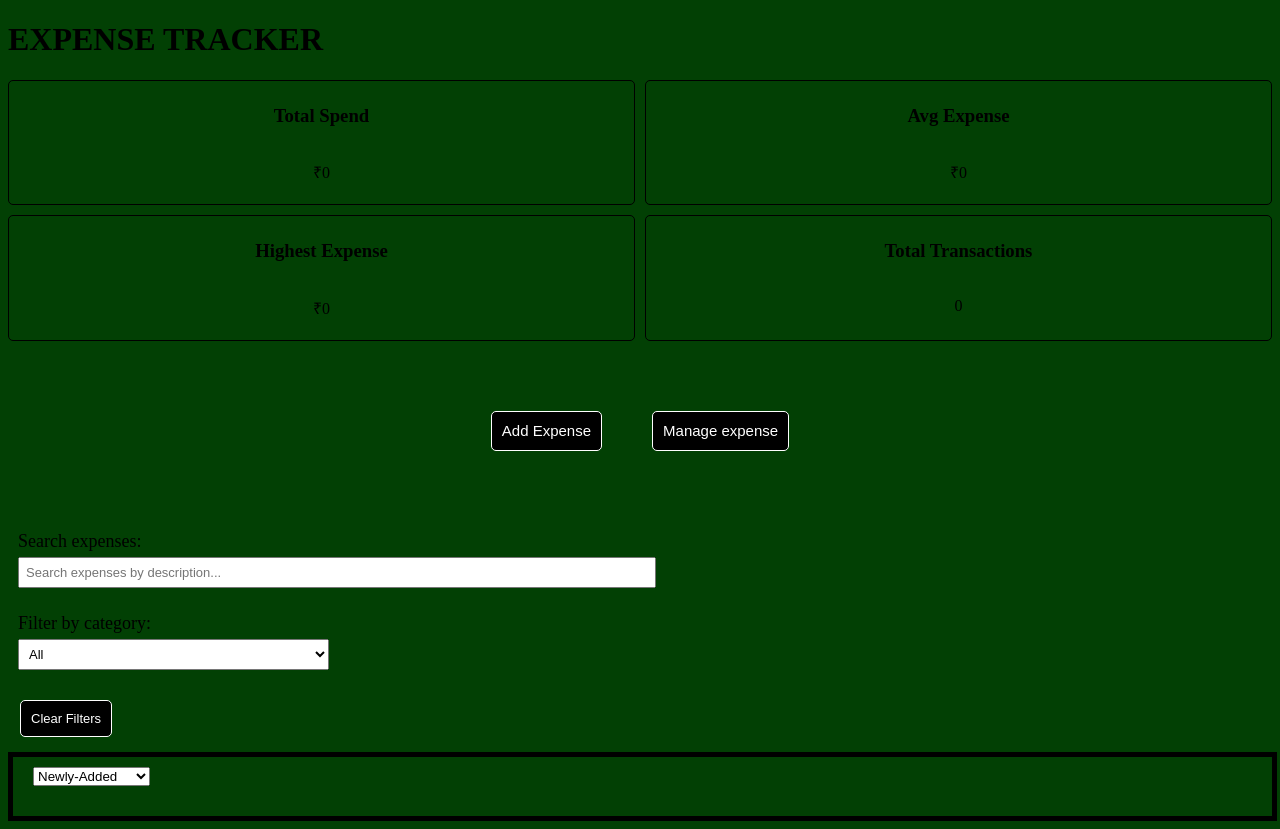
Repository: Gaurav124937/Expense-Tracker
Page: index.html
An editor plug-in stored every save of this project. The page is shown before and after a run of saves, followed by the edit.
The browser window is 1280 px wide. The pictures show the whole page.

Above is the page before, as saved 2026-09-20 20:13:08.

### index.html
<!doctype html>
<html lang="en">
  <head>
    <meta charset="UTF-8" />
    <meta name="viewport" content="width=device-width, initial-scale=1.0" />
    <title>Expense tracker</title>
    <link rel="stylesheet" href="style.css" />
    <script src="script.js" defer></script>
  </head>

  <body>
    <h1>EXPENSE TRACKER</h1>

    <div class="grid">
      <section class="section">
        <h3>Total Spend</h3>
        <p>₹0</p>
      </section>

      <section class="section">
        <h3>Avg Expense</h3>
        <p>₹0</p>
      </section>

      <section class="section">
        <h3>Highest Expense</h3>
        <p>₹0</p>
      </section>

      <section class="section">
        <h3>Total Transactions</h3>
        <p>0</p>
      </section>
    </div>

    <div class="buttons-grid">
      <button class="btn add-expense-button">Add Expense</button>
      <button class="btn manage-expense-button">Manage expense</button>
    </div>

    <div class="filter-container">
      <div class="search-filter-container">
        <label class="filter-form-label" for="expense-search"
          >Search expenses:</label
        >
        <input
          type="text"
          class="expense-search"
          placeholder="Search expenses by description..."
        />
      </div>
      <div class="category-filter-container">
        <label class="filter-form-label" for="category"
          >Filter by category:</label
        >
        <select class="category-filter" name="category">
          <option value="all">All</option>
          <option value="food">Food</option>
          <option value="petrol">Petrol</option>
          <option value="travel">Travel</option>
          <option value="shopping">Shopping</option>
          <option value="transport">Transport</option>
          <option value="other">Other</option>
        </select>
      </div>
      <div>
        <button class="clear-filters">Clear Filters</button>
      </div>
    </div>
    <div class="main-container">
      <div class="expense-card-sort">
        <select class="sort-expenses">
          <option value="latest">Newly-Added</option>
          <option value="newest">Newest First</option>
          <option value="oldest">Oldest First</option>
          <option value="highest">Highest Amount</option>
          <option value="lowest">Lowest Amount</option>
        </select>
      </div>
      <div class="expense-list expense-list-view"></div>
    </div>
    <form method="post" class="expense-form form-hidden">
      <div class="form">
        <p>ADD YOUR DETAILS</p>

        <div class="formating">
          <label for="expense">Enter amount</label>
          <input type="number" id="expense" name="expense" />
        </div>

        <div class="formating">
          <label for="description">Enter description</label>
          <input type="text" id="description" name="description" />
        </div>

        <div class="formating">
          <label for="category">Select category</label>
          <select id="category" name="category">
            <option value="all">All</option>
            <option value="food">Food</option>
            <option value="petrol">Petrol</option>
            <option value="travel">Travel</option>
            <option value="shopping">Shopping</option>
            <option value="transport">Transport</option>
            <option value="other">Other</option>
          </select>
        </div>

        <div class="formating">
          <label for="date">Enter date</label>
          <input type="date" id="date" name="date" />
        </div>

        <div class="formating">
          <button class="save-expense-button" type="submit">
            Save expense
          </button>
        </div>
      </div>
    </form>

    <div class="total-expense"></div>
  </body>
</html>

### style.css
.grid {
  display: grid;
  grid-template-columns: repeat(2, 1fr);
  gap: 10px;
}

.section {
  display: flex;
  flex-direction: column;
  align-items: center;
  border-radius: 5px;
  border-color: black;
  border: 1px solid;
  padding: 5px;
}
.buttons-grid {
  display: flex;
  flex-direction: row;
  padding: 50px;
  gap: 10px;
  justify-content: center;
}
.btn {
  padding: 10px;
  border-radius: 5px;
  border-color: black;
  border: 1px solid;
  margin: 20px;
  font-size: 15px;
  block-size: 40px;
  color: white;
  background-color: black;
}
.form {
  display: flex;
  flex-direction: column;
  padding: 20px;
}
.formating {
  display: flex;
  flex-direction: column;
  padding: 5px;
  width: 75%;
}
.save-expense-button {
  padding: 10px;
  border-radius: 5px;
  border-color: black;
  border: 1px solid;
  margin-top: 20px;
  font-size: 15px;
  block-size: 40px;
  color: white;
  background-color: black;
  width: 45%;
}
.form-hidden {
  display: none;
}

.main-container {
  padding: 10px;
  border: 5px solid;
  gap: 10px;
  width: 98%;
}

.expense-list-view {
  display: flex;
  flex-direction: row;
  padding: 10px;
  gap: 10px;
  overflow-x: auto;
}
.expense-display-card {
  display: flex;
  flex-direction: column;
  padding: 8px;
  border: 3px solid;
  border-radius: 10px;
  width: 200px;
  background-color: rgba(0, 26, 255, 0.585);
  height: 300px;
  flex-shrink: 0;
  box-sizing: border-box;
}

.expense-text-styling {
  font-size: 15px;
  color: white;
  font-weight: bold;
}

.delete-expense-button {
  padding: 5px;
  border-radius: 5px;
  width: 50%;
  border-color: black;
  border: 1px solid;
  margin-top: 20px;
  font-size: 15px;
  block-size: 30px;
  color: white;
  background-color: rgba(255, 0, 0, 0.761);
}

.edit-expense-button {
  padding: 5px;
  border-radius: 5px;
  width: 50%;
  border-color: black;
  border: 1px solid;
  margin-top: 20px;
  font-size: 15px;
  block-size: 30px;
  color: white;
  background-color: rgb(0, 0, 0);
}

.expense-info {
  display: flex;
  flex-direction: column;
  flex: 1;
  min-height: 0;
  overflow: auto;
}
.expense-actions {
  display: flex;
  flex-direction: row;
  gap: 10px;
  margin-top: auto;
  flex-shrink: 0;
}

body {
  background-color: rgb(2, 64, 4);
}

.expense-description {
  text-overflow: ellipsis;
  overflow: hidden;
  overflow-wrap: break-word;
  line-clamp: 3;
  -webkit-line-clamp: 3;
  display: -webkit-box;
  -webkit-box-orient: vertical;
}

.expense-description.expanded {
  display: block;
  line-clamp: unset;
  -webkit-line-clamp: unset;
  overflow: visible;
  overflow-wrap: break-word;
}
.expense-search {
  width: 50%;
  font-size: 13px;
  padding: 6px;
  margin-bottom: 10px;
}
.category-filter-container {
  display: flex;
  flex-direction: column;
  padding: 10px;
}
.category-filter {
  width: 25%;
  font-size: 13px;
  padding: 6px;
  margin-bottom: 20px;
}
.filter-container {
  display: flex;
  flex-direction: column;
  padding: 5px;
  gap: 5px;
}
.search-filter-container {
  display: flex;
  flex-direction: column;
  padding: 5px;
}
.category-filter-container {
  display: flex;
  flex-direction: column;
  padding: 5px;
}
.filter-form-label {
  font-size: 18px;
  margin-bottom: 5px;
  color: rgb(0, 0, 0);
}
.clear-filters {
  padding: 10px;
  border-radius: 5px;
  border-color: black;
  margin-left: 7px;
  margin-bottom: 10px;
  border: 1px solid;
  font-size: 13px;
  color: white;
  background-color: black;
}

.expense-card-sort {
  margin-left: 10px;
  font-size: 13px;
  width: 20%;
}

### script.js
const addExpenseButton = document.querySelector(".add-expense-button");

const expenseForm = document.querySelector(".expense-form");

addExpenseButton.addEventListener("click", function showExpenseForm() {
  expenseForm.classList.toggle("form-hidden");
});

const expenses = [];
getData();

expenses.forEach((expense) => {
  renderExpense(expense);
});

let editingExpenseId = null;

// FUNCTION WORKS ON SUBMITTING THE FORM
expenseForm.addEventListener("submit", function (event) {
  event.preventDefault();
  const amount = Number(document.querySelector("#expense").value);
  const descript = document.querySelector("#description").value;
  const category = document.querySelector("#category").value;
  const date = document.querySelector("#date").value;

  if (amount <= 0 || descript.trim() === "" || category == "" || date === "") {
    alert("please enter all details carefully");
    return;
  }
  const expense = {
    id: crypto.randomUUID(),
    expense: amount,
    description: descript,
    category: category,
    date: date,
  };

  //IMPLEMENTATION OF EDIT EXPENSE WORKING

  if (editingExpenseId == null) {
    expenses.push(expense);
    storingData();
    expenseForm.reset();

    renderExpense(expense);
  } else {
    const index = expenses.findIndex(
      (expense) => expense.id === editingExpenseId,
    );
    const expenseToSave = expenses[index];
    if (index !== -1) {
      expenseToSave.expense = amount;
      expenseToSave.description = descript;
      expenseToSave.category = category;
      expenseToSave.date = date;
    }

    storingData();
    expenseForm.reset();
    const expenseElement = document.getElementById(editingExpenseId);
    const infoDiv = expenseElement.querySelector(".expense-info");
    infoDiv.innerHTML = `
    <p class="expense-text-styling expense-description ">${expenseToSave.description}</p>
    <p class="expense-text-styling">₹${expenseToSave.expense}</p>
    <p class="expense-text-styling">${expenseToSave.category}</p>
  <p class="expense-text-styling">${expenseToSave.date}</p>
  `;
    document.querySelector(".total-expense").innerHTML =
      `<p>TOTAL EXPENSE: ${totalExpense()}</p>`;

    editingExpenseId = null;
  }
});

//FUNCTION TO FIND TOTAL EXPENSE
function totalExpense() {
  const totalExpense = expenses.reduce((total, expense) => {
    return total + expense.expense;
  }, 0);
  return totalExpense;
}

// FUNCTIONS TO STORE AND GET DATA
function storingData() {
  const expenseArrayString = JSON.stringify(expenses);
  localStorage.setItem("array", expenseArrayString);
}

function getData() {
  const expensesArray = JSON.parse(localStorage.getItem("array"));
  if (expensesArray !== null) {
    expenses.push(...expensesArray);
  }

  console.log(expensesArray);
}

//FUNCTION TO DISPLAY EXPENSE ON DISPLAY
function renderExpense(expense) {
  const expenseList = document.querySelector(".expense-list");

  const expenseElement = document.createElement("div");
  expenseElement.classList.add("expense-display-card");
  expenseElement.id = expense.id;

  const infoDiv = document.createElement("div");
  infoDiv.classList.add("expense-info");
  infoDiv.innerHTML = `
    <p class="expense-text-styling expense-description ">${expense.description}</p>
    <p class="expense-text-styling">₹${expense.expense}</p>
    <p class="expense-text-styling">${expense.category}</p>
  <p class="expense-text-styling">${expense.date}</p>
  `;
  expenseElement.appendChild(infoDiv);

  const actionDiv = document.createElement("div");
  actionDiv.classList.add("expense-actions");
  actionDiv.innerHTML = `
  <button class="delete-expense-button">Delete</button>
  <button class="edit-expense-button">Edit</button>
  `;

  expenseElement.appendChild(actionDiv);

  expenseList.appendChild(expenseElement);
  const descriptionElement = expenseElement.querySelector(
    ".expense-description",
  );
  descriptionElement.addEventListener("click", () => {
    descriptionElement.classList.toggle("expanded");
  });

  updateTotal();

  const deleteExpense = expenseElement.querySelector(".delete-expense-button");
  deleteExpense.addEventListener("click", function () {
    expenseElement.remove();
    const index = expenses.findIndex(
      (expense) => expense.id === expenseElement.id,
    );
    if (index !== -1) {
      expenses.splice(index, 1);
    }

    storingData();

    updateTotal();
  });

  const editExpense = expenseElement.querySelector(".edit-expense-button");
  editExpense.addEventListener("click", function () {
    const index = expenses.findIndex(
      (expense) => expense.id === expenseElement.id,
    );
    if (index !== -1) {
      const expenseToEdit = expenses[index];

      editingExpenseId = expenseToEdit.id;

      document.querySelector("#expense").value = expenseToEdit.expense;
      document.querySelector("#description").value = expenseToEdit.description;
      document.querySelector("#category").value = expenseToEdit.category;
      document.querySelector("#date").value = expenseToEdit.date;
    }
    expenseForm.classList.toggle("form-hidden");
  });
}

const searchInput = document.querySelector(".expense-search");
searchInput.addEventListener("input", updateExpenseList);

const categoryFilter = document.querySelector(".category-filter");
categoryFilter.addEventListener("change", updateExpenseList);

const sortExpenses = document.querySelector(".sort-expenses");
sortExpenses.addEventListener("change", updateExpenseList);


//FUNCTION FOR FILTER EXPENSES BY DESCRIPTION, CATEGORY AND SORTING
function updateExpenseList() {
  const searchText = searchInput.value.toLowerCase();
  const selectedCategory = categoryFilter.value;
  const selectedSort = sortExpenses.value;

  let displayedExpenses = expenses.filter((expense) => {
    const matchesSearch = expense.description
      .toLowerCase()
      .includes(searchText);

    const matchesCategory =
      selectedCategory === "all" ||
      expense.category.toLowerCase() === selectedCategory;

    return matchesSearch && matchesCategory;
  });

  if(selectedSort === "latest"){
    expenses.forEach((expense) => {
    renderExpense(expense);
  });
  }

  if (selectedSort === "highest") {
    displayedExpenses.sort((a, b) => b.expense - a.expense);
  }

  if (selectedSort === "lowest") {
    displayedExpenses.sort((a, b) => a.expense - b.expense);
  }

  if (selectedSort === "newest") {
    displayedExpenses.sort((a, b) => new Date(b.date) - new Date(a.date));
  }

  if (selectedSort === "oldest") {
    displayedExpenses.sort((a, b) => new Date(a.date) - new Date(b.date));
  }

  const expenseList = document.querySelector(".expense-list");
  expenseList.innerHTML = "";

  if (displayedExpenses.length === 0) {
    expenseList.innerHTML = "<p>No expenses found.</p>";
    return;
  }

  displayedExpenses.forEach((expense) => {
    renderExpense(expense);
  });
}
//FUNCTION FOR UPDATING TOTAL
function updateTotal() {
  const totalAmount = document.querySelector(".total-expense");

  totalAmount.innerHTML = `<p>TOTAL EXPENSE: ${totalExpense()}</p>`;
}

//CLEARING FILTER
const clearFiltersButton = document.querySelector(".clear-filters");

clearFiltersButton.addEventListener("click", function () {
  searchInput.value = "";
  categoryFilter.value = "all";
  sortExpenses.value="latest";

  updateExpenseList();
});

After the next 2 saves:
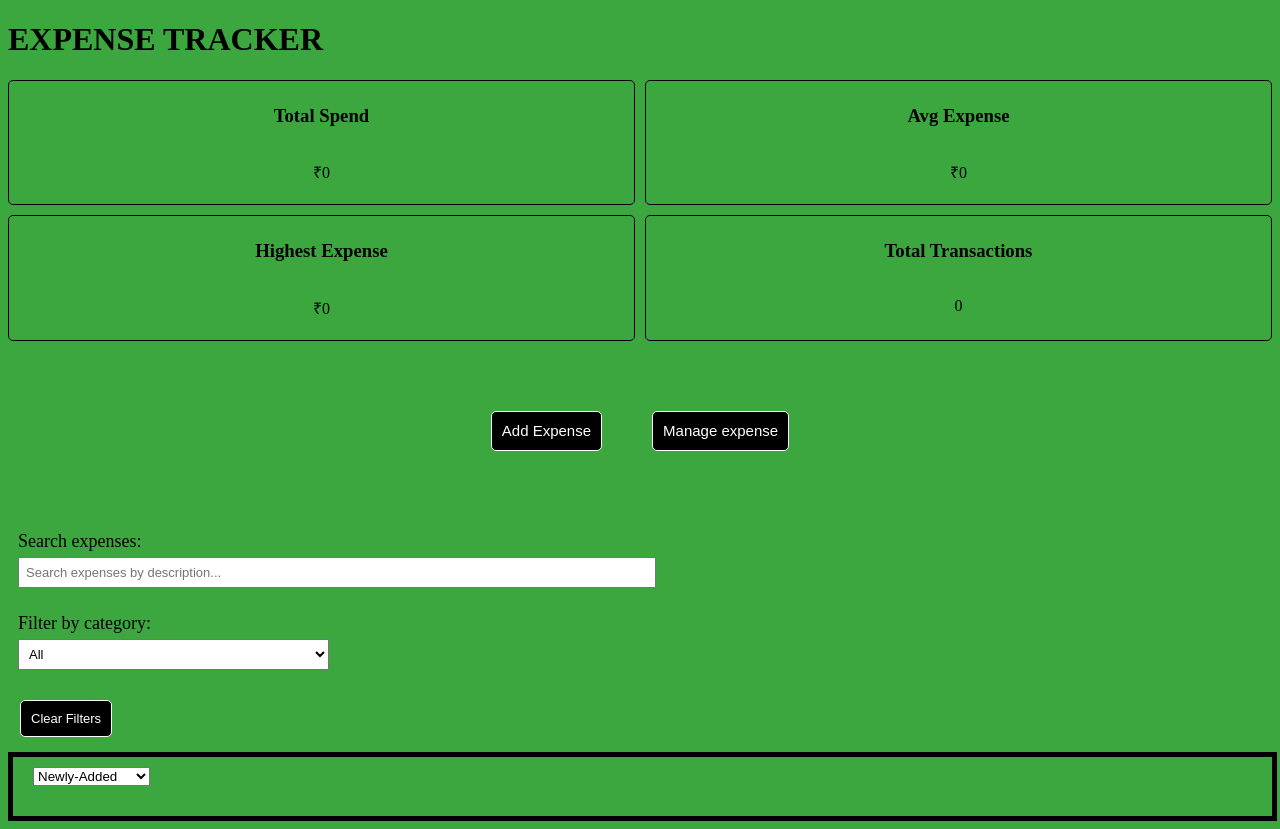
The 2 saves are shown as one change because they came seconds apart.
The last was saved 16 s later.
--- a/style.css
+++ b/style.css
@@ -133,7 +133,7 @@
 }
 
 body {
-  background-color: rgb(2, 64, 4);
+  background-color: rgb(60, 167, 63);
 }
 
 .expense-description {
